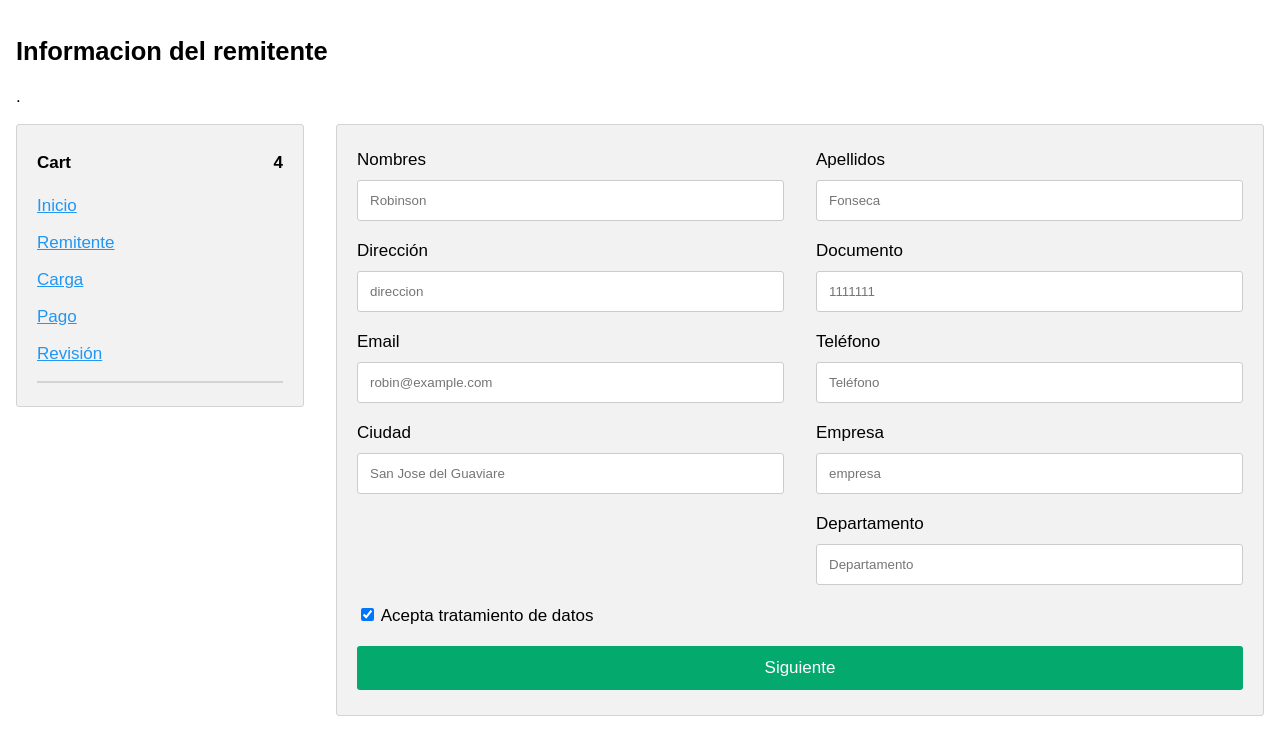
Repository: SennovaFluvial/Trasnfluvial
Page: appFluvial/templates/card1.html
An editor plug-in stored every save of this project. The page is shown before and after the next save, followed by the edit.
The browser window is 1280 px wide. The pictures show the whole page.
The template is drawn by Django 3.2. The application's start-up code is not run. Other server files are loaded and not shown. The template is opened directly, without the code that normally fills it, so the values that code supplies are empty.

Above is the page before, as saved 2023-10-18 21:33:26.

### appFluvial/templates/card1.html
<!DOCTYPE html>
<html>
<head>
<meta name="viewport" content="width=device-width, initial-scale=1">
<!--link rel="stylesheet" href="https://cdnjs.cloudflare.com/ajax/libs/font-awesome/4.7.0/css/font-awesome.min.css"-->
<style>
body {
  font-family: Arial;
  font-size: 17px;
  padding: 8px;
}

* {
  box-sizing: border-box;
}

.row {
  display: -ms-flexbox; /* IE10 */
  display: flex;
  -ms-flex-wrap: wrap; /* IE10 */
  flex-wrap: wrap;
  margin: 0 -16px;
}

.col-25 {
  -ms-flex: 25%; /* IE10 */
  flex: 25%;
}

.col-50 {
  -ms-flex: 50%; /* IE10 */
  flex: 50%;
}

.col-75 {
  -ms-flex: 75%; /* IE10 */
  flex: 75%;
}

.col-25,
.col-50,
.col-75 {
  padding: 0 16px;
}

.container {
  background-color: #f2f2f2;
  padding: 5px 20px 15px 20px;
  border: 1px solid lightgrey;
  border-radius: 3px;
}

input[type=text] {
  width: 100%;
  margin-bottom: 20px;
  padding: 12px;
  border: 1px solid #ccc;
  border-radius: 3px;
}

label {
  margin-bottom: 10px;
  display: block;
}

.icon-container {
  margin-bottom: 20px;
  padding: 7px 0;
  font-size: 24px;
}

.btn {
  background-color: #04AA6D;
  color: white;
  padding: 12px;
  margin: 10px 0;
  border: none;
  width: 100%;
  border-radius: 3px;
  cursor: pointer;
  font-size: 17px;
}

.btn:hover {
  background-color: #45a049;
}

a {
  color: #2196F3;
}

hr {
  border: 1px solid lightgrey;
}

span.price {
  float: right;
  color: grey;
}

/* Responsive layout - when the screen is less than 800px wide, make the two columns stack on top of each other instead of next to each other (also change the direction - make the "cart" column go on top) */
@media (max-width: 800px) {
  .row {
    flex-direction: column-reverse;
  }
  .col-25 {
    margin-bottom: 20px;
  }
}
</style>
<style>
  /*the container must be positioned relative:*/
  .custom-select {
    position: relative;
    font-family: Arial;
  }

  .custom-select select {
    display: none; /*hide original SELECT element:*/
  }

  .select-selected {
    background-color: Blue;
  }

  /*style the arrow inside the select element:*/
  .select-selected:after {
    position: absolute;
    content: "";
    top: 14px;
    right: 10px;
    width: 0;
    height: 0;
    border: 6px solid transparent;
    border-color: #fff transparent transparent transparent;
  }

  /*point the arrow upwards when the select box is open (active):*/
  .select-selected.select-arrow-active:after {
    border-color: transparent transparent #fff transparent;
    top: 7px;
  }

  /*style the items (options), including the selected item:*/
  .select-items div,.select-selected {
    color: #ffffff;
    padding: 8px 16px;
    border: 1px solid transparent;
    border-color: transparent transparent rgba(0, 0, 0, 0.1) transparent;
    cursor: pointer;
    user-select: none;
  }

  /*style items (options):*/
  .select-items {
    position: absolute;
    background-color: DodgerBlue;
    top: 100%;
    left: 0;
    right: 0;
    z-index: 99;
  }

  /*hide the items when the select box is closed:*/
  .select-hide {
    display: none;
  }

  .select-items div:hover, .same-as-selected {
    background-color: rgba(0, 0, 0, 0.1);
  }
  </style>
</head>
<body>

<h2>Informacion del remitente</h2>
<p>.</p>
<div class="row">

  <div class="col-25">
    <div class="container">
      <h4>Cart <span class="price" style="color:black"><i class="fa fa-shopping-cart"></i> <b>4</b></span></h4>
      <p><a href="../">Inicio</a> <span class="price"> </span></p>
      <p><a href="../card/1/remitente">Remitente</a> <span class="price">  </span></p>
      <p><a href="../card/2/carga">Carga</a> <span class="price"> </span></p>
      <p><a href="../card/3/pago">Pago</a> <span class="price"> </span></p>
      <p><a href="../card/1/revision">Revisión</a> <span class="price"> </span></p>
      <hr>
      <!--p>Total <span class="price" style="color:black"><b>$30</b></span></p-->
    </div>
  </div>


  <div class="col-75">
    <div class="container">
      <form action="/action_page.php">

        <div class="row">
          <div class="col-50">
            <h3>  </h3>
            <label for="fname"><i class="fa fa-user"></i> Nombres</label>
            <input type="text" id="fname" name="firstname" placeholder="Robinson">
            <!--div class="col-md-5 mb-3">
                <label for="tipodocumento">Tipo documento</label>
                <select class="custom-select d-block w-100" id="tipodocumento" required="">
                  <option value="">Seleccione...</option>
                  <option>CC</option>
                  <option>CE</option>
                  <option>Pasaporte</option>
                </select>
                <div class="invalid-feedback">
                  Por favor seleccione un tipo de documento
                </div>
            </div-->

            <div class="custom-select" >
              <select  class="custom-select d-block w-100" id="tipodocumento">
                <option value="0">Select car:</option>
                <option value="1">Audi</option>
                <option value="2">BMW</option>
                <option value="3">Citroen</option>
                <option value="4">Ford</option>
                <option value="5">Honda</option>
                <option value="6">Jaguar</option>
                <option value="7">Land Rover</option>
                <option value="8">Mercedes</option>
                <option value="9">Mini</option>
                <option value="10">Nissan</option>
                <option value="11">Toyota</option>
                <option value="12">Volvo</option>
              </select>
            </div>

            <label for="adr"><i class="fa fa-address-card-o"></i> Dirección</label>
            <input type="text" id="adr" name="address" placeholder="direccion">
            <label for="email"><i class="fa fa-envelope"></i> Email</label>
            <input type="text" id="email" name="email" placeholder="robin@example.com">
            <label for="city"><i class="fa fa-institution"></i> Ciudad</label>
            <input type="text" id="city" name="city" placeholder="San Jose del Guaviare">

            <!--div class="row">
              <div class="col-50">
                <label for="state">State</label>
                <input type="text" id="state" name="state" placeholder="NY">
              </div>
              <div class="col-50">
                <label for="zip">Zip</label>
                <input type="text" id="zip" name="zip" placeholder="10001">
              </div>
            </div-->
          </div>

          <div class="col-50">
            <h3>  </h3>
            <label for="apellidos">Apellidos</label>
            <input type="text" id="apellidos" name="apellidos" placeholder="Fonseca">
            <label for="documento">Documento</label>
            <input type="text" id="documento" name="documento" placeholder="1111111">
            <label for="telefono">Teléfono</label>
            <input type="text" id="telefono" name="telefono" placeholder="Teléfono">
            <label for="empresa">Empresa</label>
            <input type="text" id="empresa" name="empresa" placeholder="empresa">
            <label for="dep">Departamento</label>
            <input type="text" id="dep" name="departamento" placeholder="Departamento">
            <!--div class="row">
              <div class="col-50">
                <label for="expyear">Exp Year</label>
                <input type="text" id="expyear" name="expyear" placeholder="2018">
              </div>
              <div class="col-50">
                <label for="cvv">CVV</label>
                <input type="text" id="cvv" name="cvv" placeholder="352">
              </div>
            </div-->
          </div>

        </div>
        <label>
          <input type="checkbox" checked="checked" name="sameadr"> Acepta tratamiento de datos
        </label>
        <input type="submit" value="Siguiente" class="btn small">
      </form>
    </div>
  </div>
  <!--div class="col-25">
    <div class="container">
      <h4>Cart <span class="price" style="color:black"><i class="fa fa-shopping-cart"></i> <b>4</b></span></h4>
      <p><a href="#">Product 1</a> <span class="price">$15</span></p>
      <p><a href="#">Product 2</a> <span class="price">$5</span></p>
      <p><a href="#">Product 3</a> <span class="price">$8</span></p>
      <p><a href="#">Product 4</a> <span class="price">$2</span></p>
      <hr>
      <p>Total <span class="price" style="color:black"><b>$30</b></span></p>
    </div>
  </div-->
</div>

</body>
</html>

After the next save:
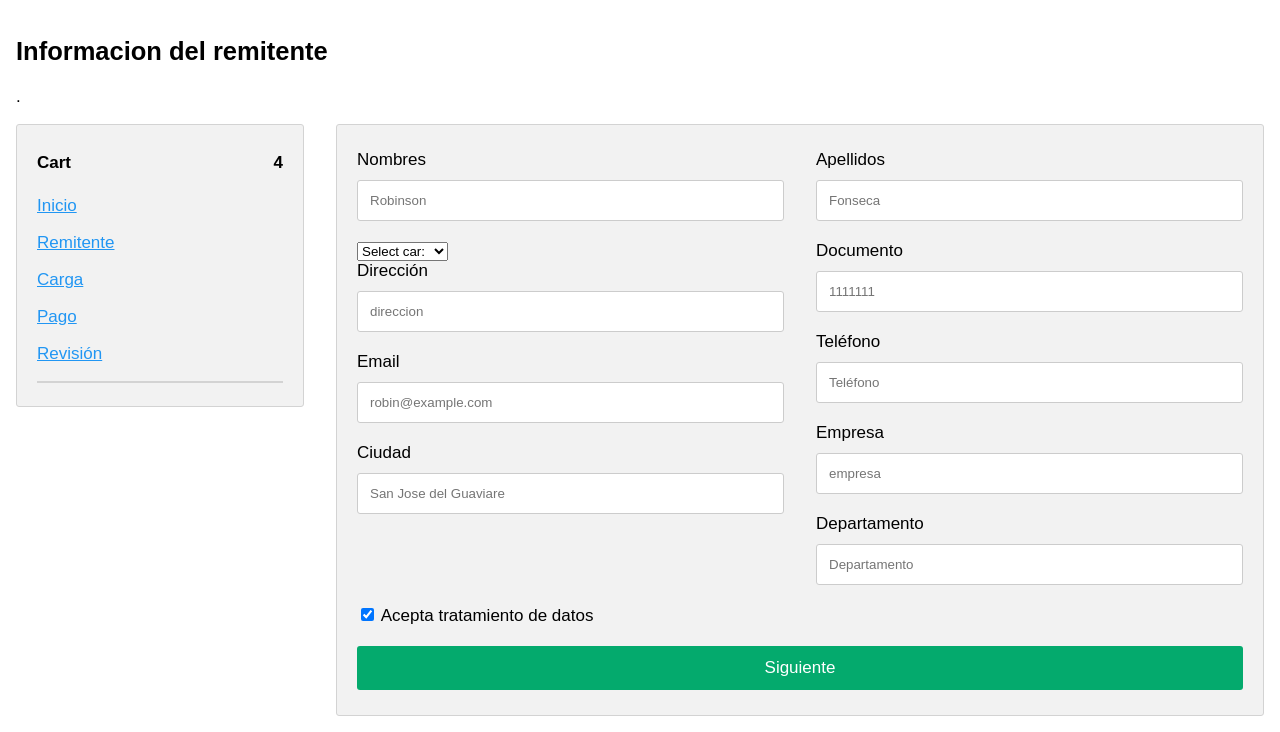
Saved 17 s later.
--- a/appFluvial/templates/card1.html
+++ b/appFluvial/templates/card1.html
@@ -108,68 +108,7 @@ span.price {
   }
 }
 </style>
-<style>
-  /*the container must be positioned relative:*/
-  .custom-select {
-    position: relative;
-    font-family: Arial;
-  }
-
-  .custom-select select {
-    display: none; /*hide original SELECT element:*/
-  }
-
-  .select-selected {
-    background-color: Blue;
-  }
-
-  /*style the arrow inside the select element:*/
-  .select-selected:after {
-    position: absolute;
-    content: "";
-    top: 14px;
-    right: 10px;
-    width: 0;
-    height: 0;
-    border: 6px solid transparent;
-    border-color: #fff transparent transparent transparent;
-  }
-
-  /*point the arrow upwards when the select box is open (active):*/
-  .select-selected.select-arrow-active:after {
-    border-color: transparent transparent #fff transparent;
-    top: 7px;
-  }
-
-  /*style the items (options), including the selected item:*/
-  .select-items div,.select-selected {
-    color: #ffffff;
-    padding: 8px 16px;
-    border: 1px solid transparent;
-    border-color: transparent transparent rgba(0, 0, 0, 0.1) transparent;
-    cursor: pointer;
-    user-select: none;
-  }
-
-  /*style items (options):*/
-  .select-items {
-    position: absolute;
-    background-color: DodgerBlue;
-    top: 100%;
-    left: 0;
-    right: 0;
-    z-index: 99;
-  }
-
-  /*hide the items when the select box is closed:*/
-  .select-hide {
-    display: none;
-  }
-
-  .select-items div:hover, .same-as-selected {
-    background-color: rgba(0, 0, 0, 0.1);
-  }
-  </style>
+
 </head>
 <body>
 
